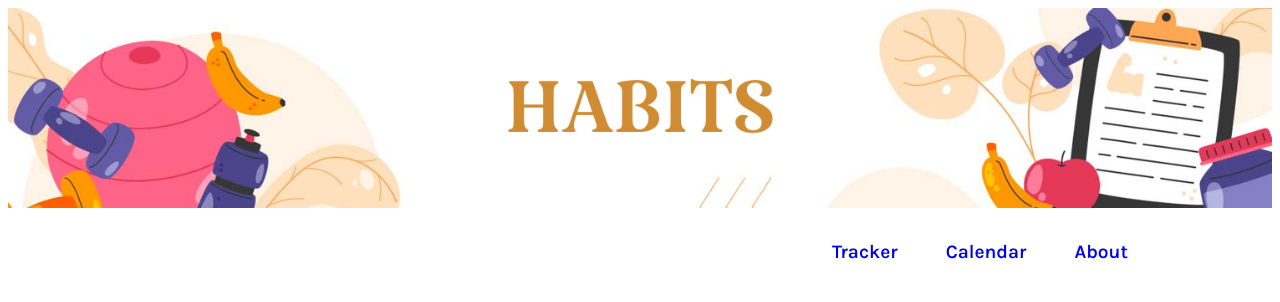
Repository: SandyLy453/habit-tracker
Page: http://localhost/
These files come from the project's save history. The page is drawn as it stood at one moment and after the next save; the edit follows.
The browser window is 1280 px wide. The pictures show the whole page.
The page is served by the project's Node server (server.js).

Above is the page before, as saved 2025-03-14 17:45:57.

After the next save:
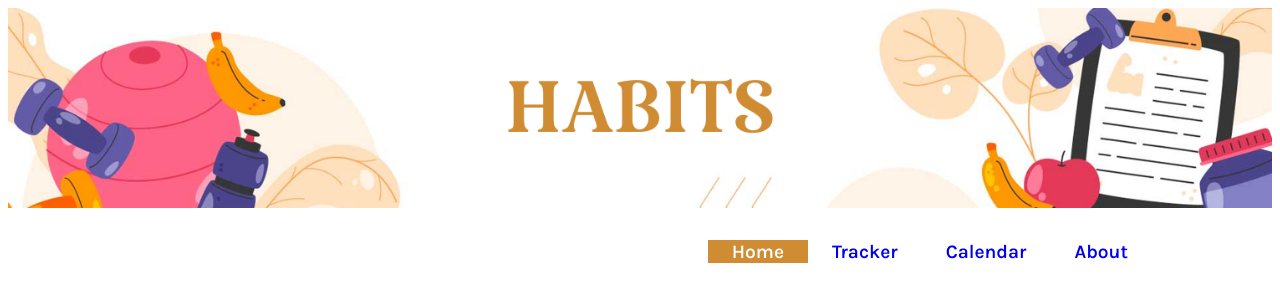
Saved 37 s later.
--- a/public/styles.css
+++ b/public/styles.css
@@ -2,6 +2,8 @@
     --header-font: "Karla", sans-serif;
     --font-styles-bold: 600;
     --header-large: 1.2rem;
+
+    --highlight-color: #CF8C33;
 }
 
 body {
@@ -42,5 +44,5 @@ input, button {
 
 .home {
     color: white;
-    background-color: ;
+    background-color: var(--highlight-color);
 }
